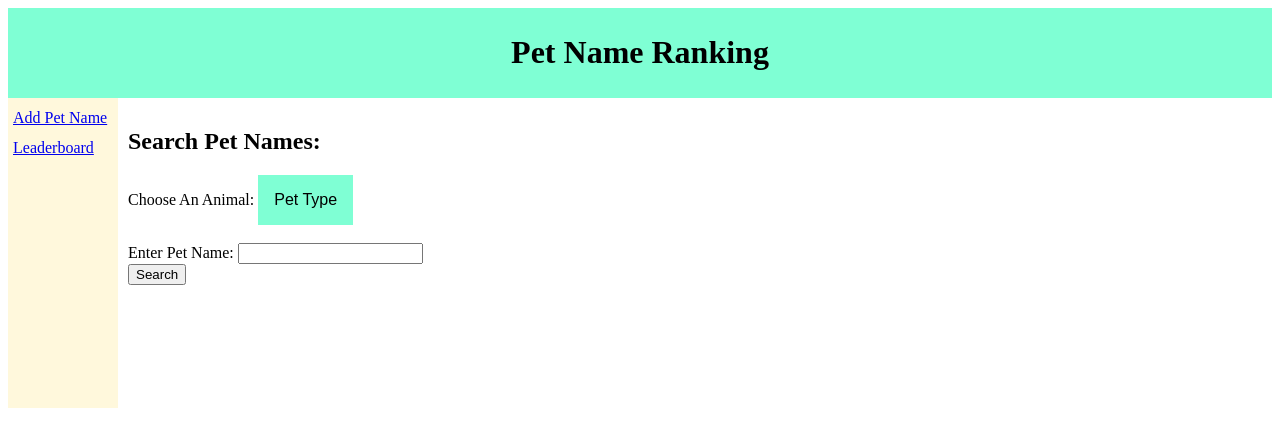
Repository: mutterbucket/TriplettTermProject4830
Page: workspaceCSCI4830-tech-excercise-Triplett/techExcerciseTriplett/WebContent/home_search.html
These files come from the project's save history. The page is drawn as it stood at one moment and after the next save; the edit follows.
The browser window is 1280 px wide. The pictures show the whole page.

Above is the page before, as saved 2020-02-21 22:39:35.

### workspaceCSCI4830-tech-excercise-Triplett/techExcerciseTriplett/WebContent/home_search.html
<!DOCTYPE html>
<html>
<head>
<meta charset="ISO-8859-1">
<style type="text/css">
header {
    background-color:aquamarine;
    color: black;
    text-align: center;
    padding: 5px;
}
nav {
    line-height:30px;
    background-color:cornsilk;
    height:300px;
    width:100px;
    float:left;
    padding:5px;
}
section {
    width:350px;
    float:left;
    padding:10px;
}
.dropbtn {
  background-color:aquamarine;
  color: black;
  padding: 16px;
  font-size: 16px;
  border: none;
}
.dropdown {
  position: relative;
  display: inline-block;
}
.dropdown-content {
  display: none;
  position: absolute;
  background-color:#f1f1f1;
  min-width: 160px;
  box-shadow: 0px 8px 16px 0px rgba(0,0,0,0.2);
  z-index: 1;
}
.dropdown-content a {
  color: black;
  padding: 12px 16px;
  text-decoration: none;
  display: block;
}
.dropdown:hover .dropdown-content {
  display: block;
}
.dropdown-content a:hover {
  background-color: #ddd;
}
footer {
    background-color:19FFBD;
    color:black;
    clear:both;
    text-align:center;
    padding:5px;
}
</style>
</head>
<body>
<header>
<h1>Pet Name Ranking</h1>
</header>

<nav>
<a href="/techExcerciseTriplett/add_name.html">Add Pet Name</a> <br>
<a href="/techExcerciseTriplett/leaderboard.html">Leaderboard</a> <br>
</nav>

<section>
	<h1>Search Pet Names:</h1>

	<form action="SearchNames" method="POST">
		Choose An Animal: <div class="dropdown">
        	<button class="dropbtn">Pet Type</button>
       		<div class="dropdown-content">
        	 	<a href="#">Cat</a>
         		<a href="#">Dog</a>
         		<a href="#">Bird</a>
       		</div>
    	</div>
    	<br><br>
		Enter Pet Name: <input type="text" name="keyword"> <br />

		<input type="submit" value="Search" />
	</form>

</section>
</body>
</html>

After the next save:
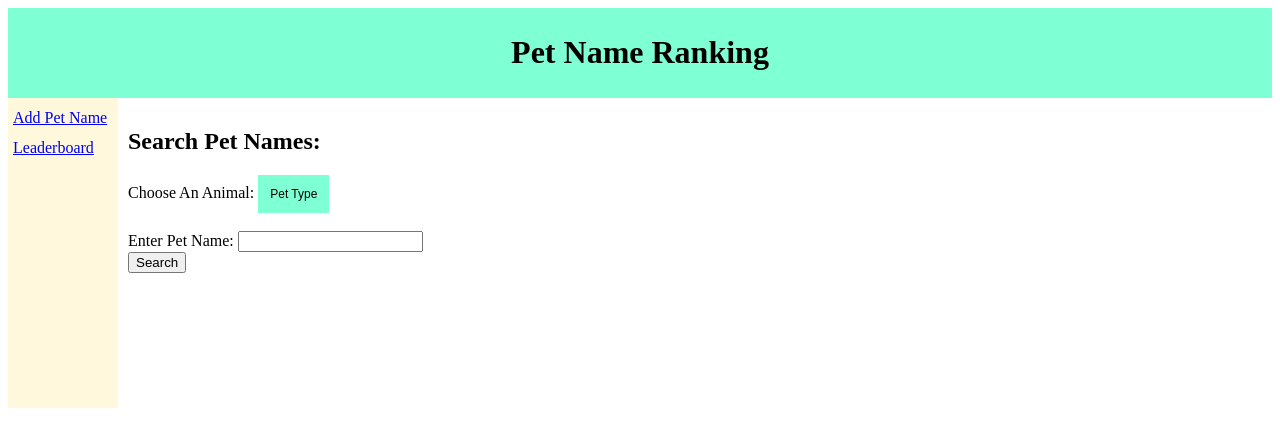
Saved 24 s later.
--- a/workspaceCSCI4830-tech-excercise-Triplett/techExcerciseTriplett/WebContent/home_search.html
+++ b/workspaceCSCI4830-tech-excercise-Triplett/techExcerciseTriplett/WebContent/home_search.html
@@ -25,8 +25,8 @@ section {
 .dropbtn {
   background-color:aquamarine;
   color: black;
-  padding: 16px;
-  font-size: 16px;
+  padding: 12px;
+  font-size: 12px;
   border: none;
 }
 .dropdown {
